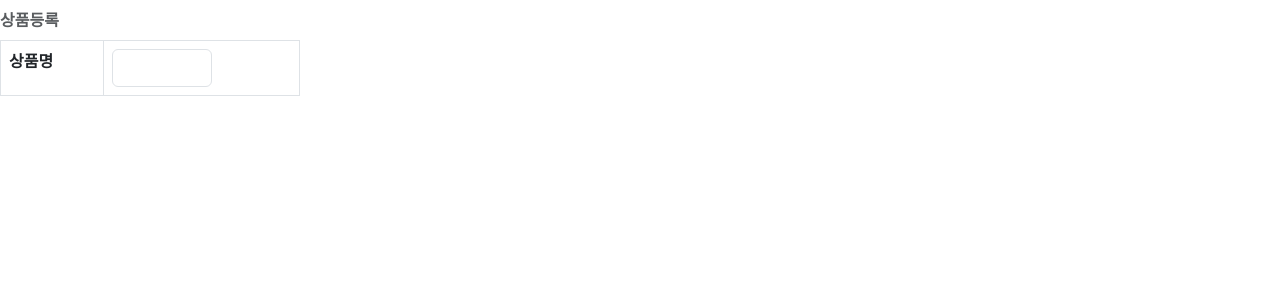
Repository: ssung2sin/sist0615_spring
Page: http://localhost/SpringMvc4/shop/form2
An editor plug-in stored every save of this project. The page is shown before and after the next save, followed by the edit.
The browser window is 1280 px wide. The pictures show the whole page.
Some web fonts or font styles are not loaded; a fallback is used. The page is served by Tomcat 9. Other server files are loaded and not shown.

Above is the page before, as saved 2023-10-10 02:22:07.

### SpringMvc4/src/main/webapp/WEB-INF/shop/shopForm.jsp
<%@ page language="java" contentType="text/html; charset=UTF-8"
    pageEncoding="UTF-8"%>
<%@ taglib uri="http://java.sun.com/jsp/jstl/core" prefix="c"%>
<%@ taglib uri="http://java.sun.com/jsp/jstl/fmt" prefix="fmt"%>
<!DOCTYPE html>
<html>
<head>
<meta charset="UTF-8">
<link href="https://cdn.jsdelivr.net/npm/bootstrap@5.3.0/dist/css/bootstrap.min.css" rel="stylesheet">
<link href="https://fonts.googleapis.com/css2?family=Dongle:wght@300&family=Gaegu:wght@300&family=Nanum+Pen+Script&family=Sunflower:wght@300&display=swap" rel="stylesheet">
<script src="https://code.jquery.com/jquery-3.7.0.js"></script>
<title>Insert title here</title>
</head>
<body>
<form action="process2" method="post">
	<table class="table table-bordered" style="width: 300px;">
	<caption align="top"><b>상품등록</b></caption>
		<tr>
			<th>상품명</th>
			<td>
				<input type="text" name="sang" class="form-control"
				style="width: 100px;">
			</td>
		</tr>
	</table>
</form>
</body>
</html>

After the next save:
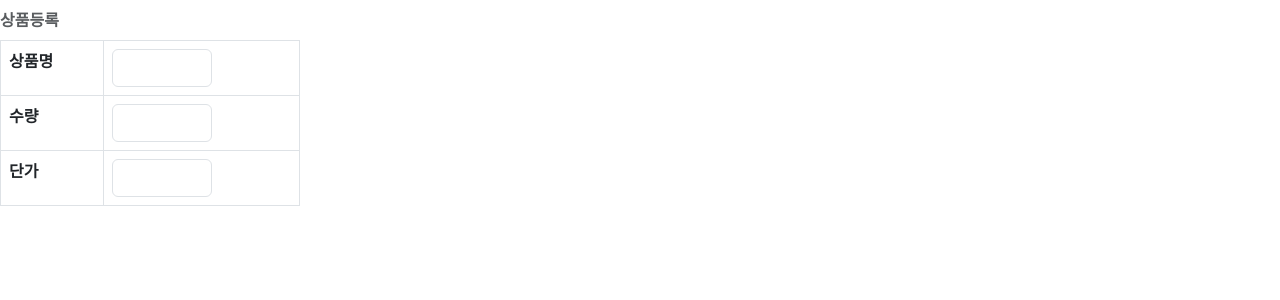
Saved 24 s later.
--- a/SpringMvc4/src/main/webapp/WEB-INF/shop/shopForm.jsp
+++ b/SpringMvc4/src/main/webapp/WEB-INF/shop/shopForm.jsp
@@ -22,6 +22,20 @@
 				style="width: 100px;">
 			</td>
 		</tr>
+		<tr>
+			<th>수량</th>
+			<td>
+				<input type="text" name="su" class="form-control"
+				style="width: 100px;">
+			</td>
+		</tr>
+		<tr>
+			<th>단가</th>
+			<td>
+				<input type="text" name="dan" class="form-control"
+				style="width: 100px;">
+			</td>
+		</tr>
 	</table>
 </form>
 </body>
